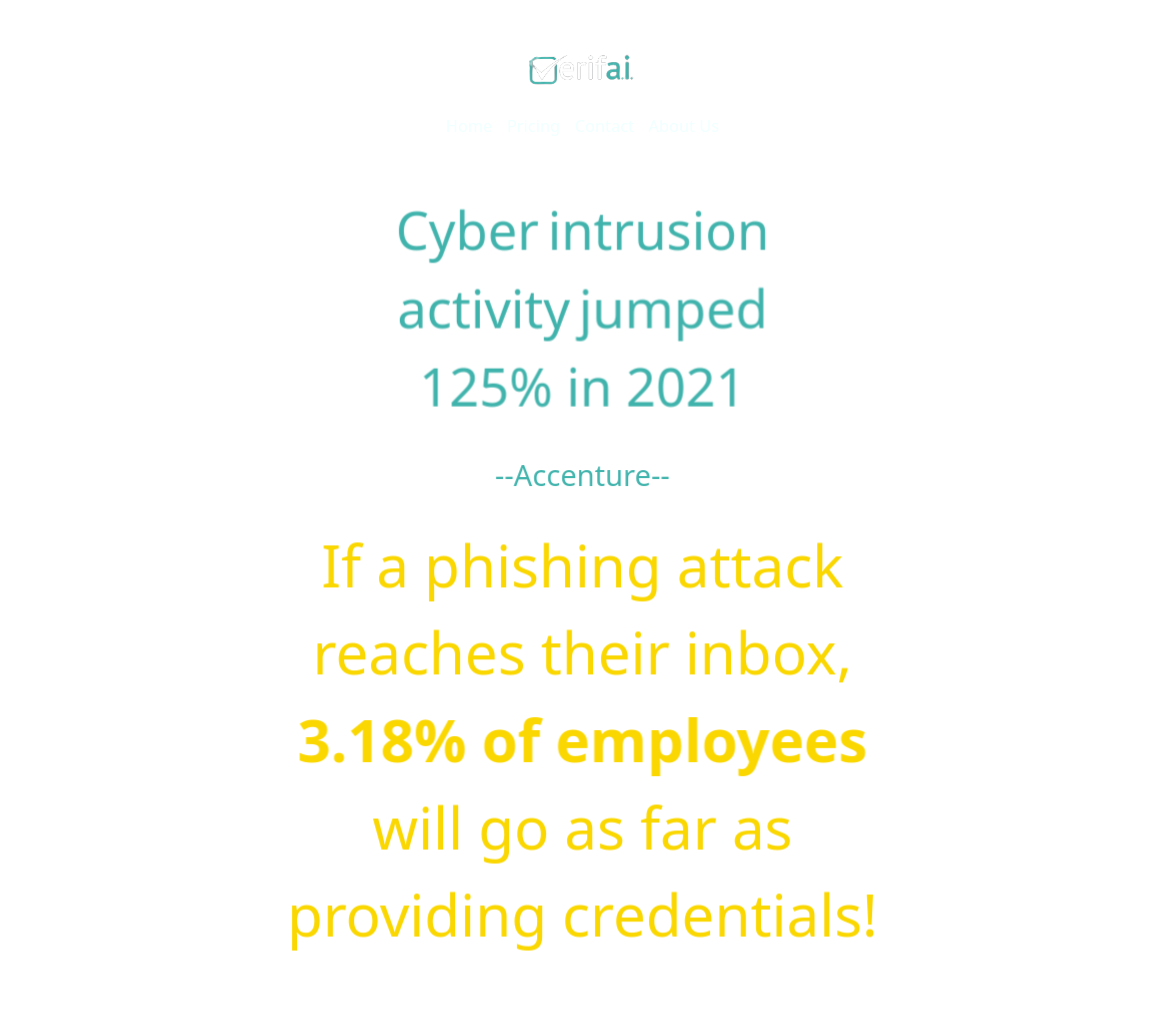
Repository: Ali-VB/verif-website
Page: /contact
An editor plug-in stored every save of this project. The page is shown before and after the next save, followed by the edit.
The browser window is 1280 px wide. The pictures show the whole page, at 91% of full size.
The project was rebuilt for these pictures with package versions that can differ from the ones it lists, and the page was loaded fresh each time. A package was used in the major version that the imports need, not the one package.json lists. Also part of the build but not shown: src/App.css, src/components/Features/Features.css, src/components/Features/Features.jsx, src/components/AiSection/AiSection.css, src/components/AiSection/AiSection.jsx, src/components/BuySection/BuySection.css, src/components/BuySection/BuySection.jsx, src/components/Supporter/Supporter.css and 6 more.

Above is the page before, as saved 2022-04-21 16:36:14.

After the next save:
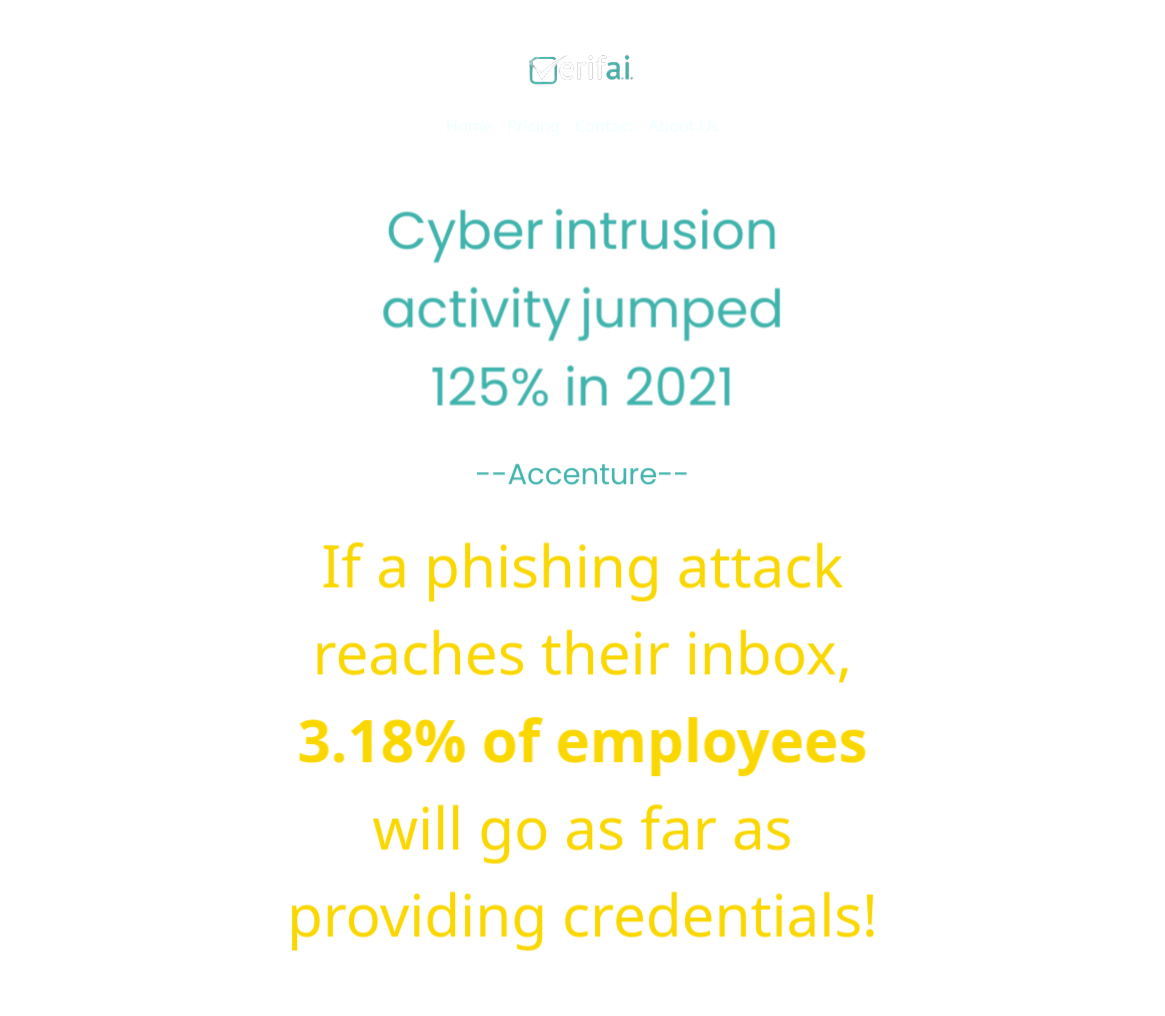
Saved 14 s later.
--- a/src/components/Header/Header.css
+++ b/src/components/Header/Header.css
@@ -7,6 +7,7 @@
 }
 
 .text-first {
+  font-family: 'Poppins', sans-serif;
     padding: 0.1rem 1rem;
     color: #40B3AC;
     font-size:3.6rem;
